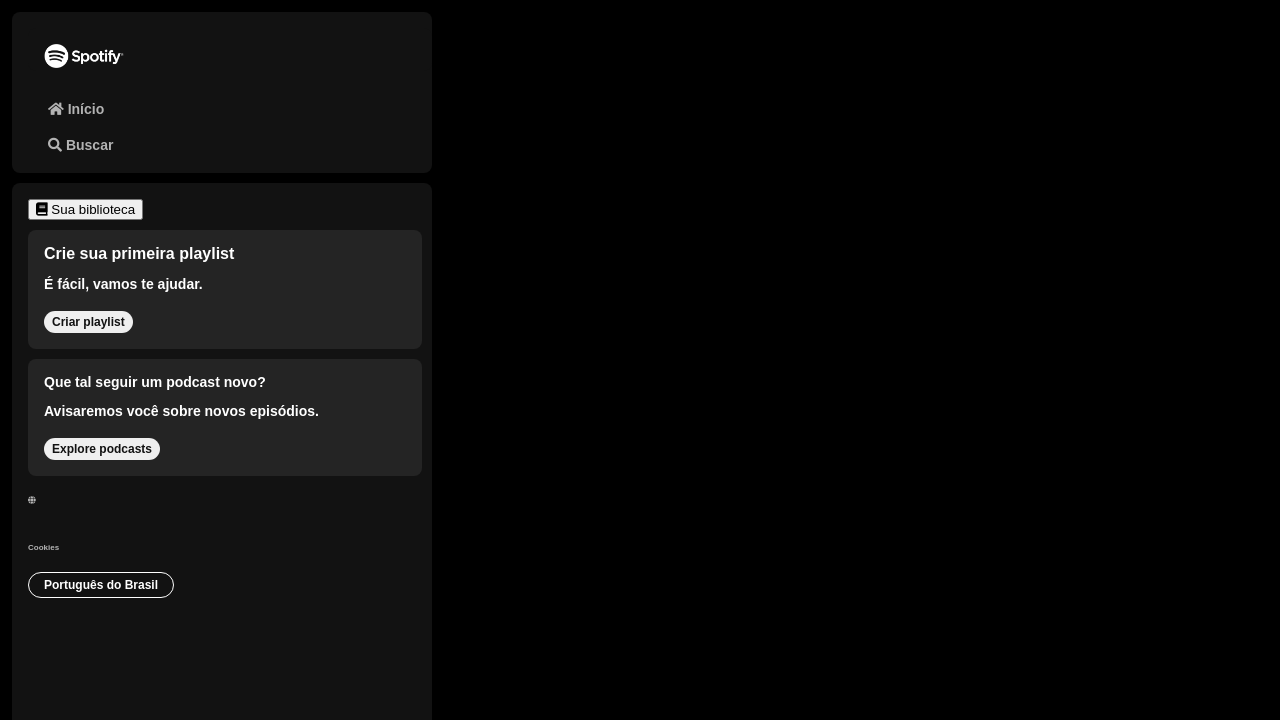
Repository: humbertobrasileiro/spotify
Page: index.html
The author's editor kept a copy of each file at every save. The page is drawn from the files as they stood at one save, then again after the next save.
The browser window is 1280 px wide. The pictures show the whole page.

Above is the page before, as saved 2024-01-22 17:06:29.

After the next save:
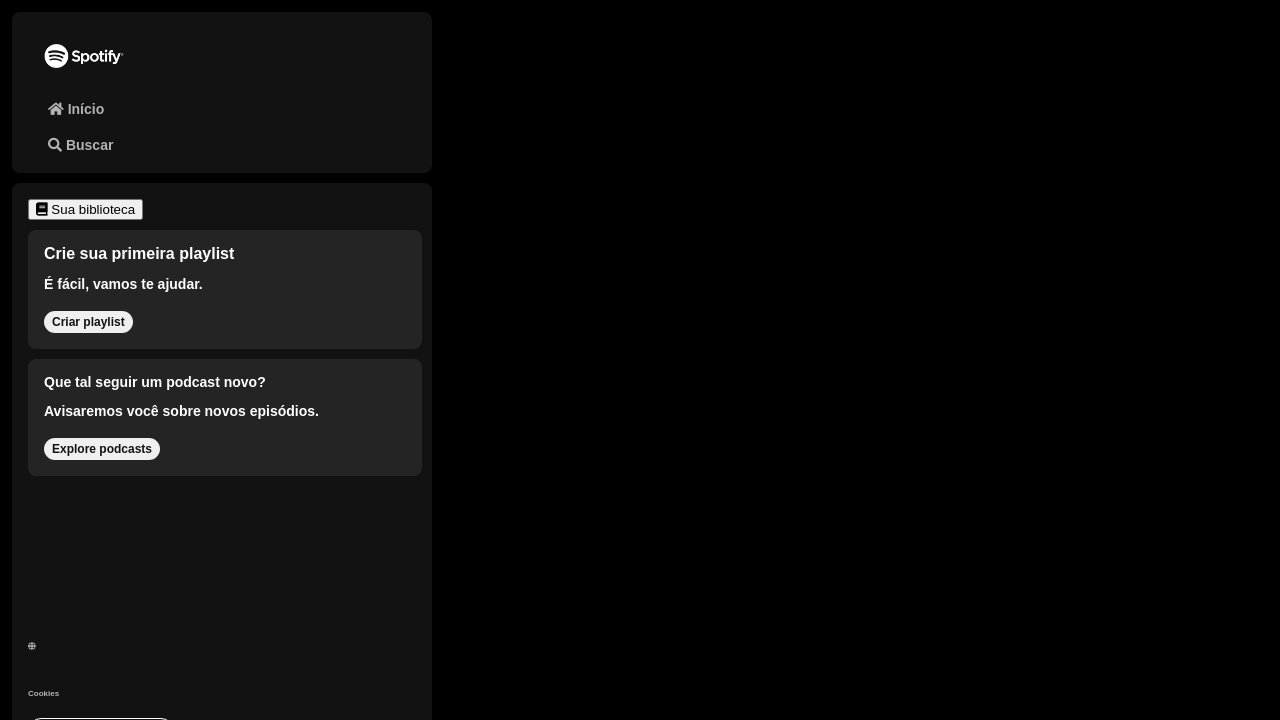
Saved 2 min 23 s later.
--- a/styles.css
+++ b/styles.css
@@ -120,6 +120,11 @@
   font-size: 12px;
 }
 
+footer {
+  position: absolute;
+  bottom: 0;
+}
+
 .cookies span {
   font-size: 8px;
   padding: 20px 0;
